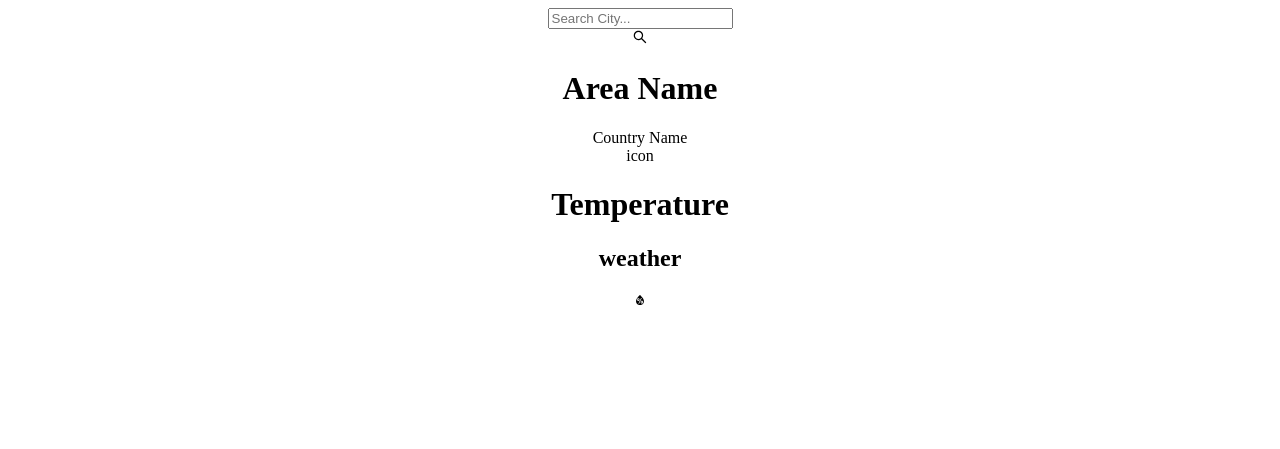
Repository: vaishnavik94/WeatherAPP
Page: /
An editor plug-in stored every save of this project. The page is shown before and after the next save, followed by the edit.
The browser window is 1280 px wide. The pictures show the whole page.
The project was rebuilt for these pictures with package versions that can differ from the ones it lists, and the page was loaded fresh each time.

Above is the page before, as saved 2024-04-15 17:34:44.

After the next save:
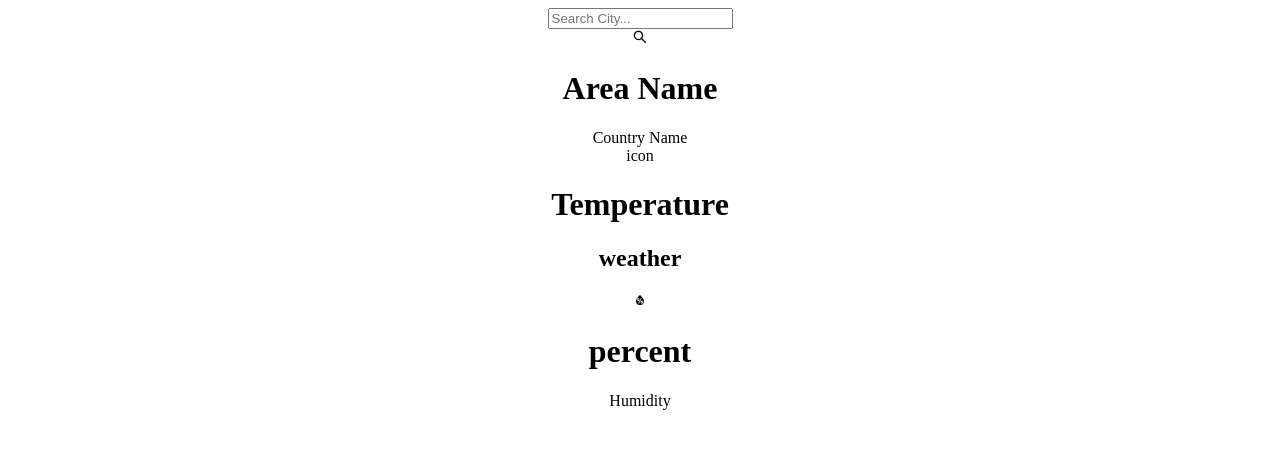
Saved 87 s later.
--- a/src/components/DisplayWeather.tsx
+++ b/src/components/DisplayWeather.tsx
@@ -29,7 +29,12 @@ const DisplayWeather = () => {
             <div className="bottomInfoArea">
                 <div className="humidityLevel">
                     <WiHumidity className='windIcon'/>
+                    <div className="humidInfo">
+                        <h1>percent</h1>
+                        <p>Humidity</p>
+                    </div>
                 </div>
+
             </div>
         </div>
 
